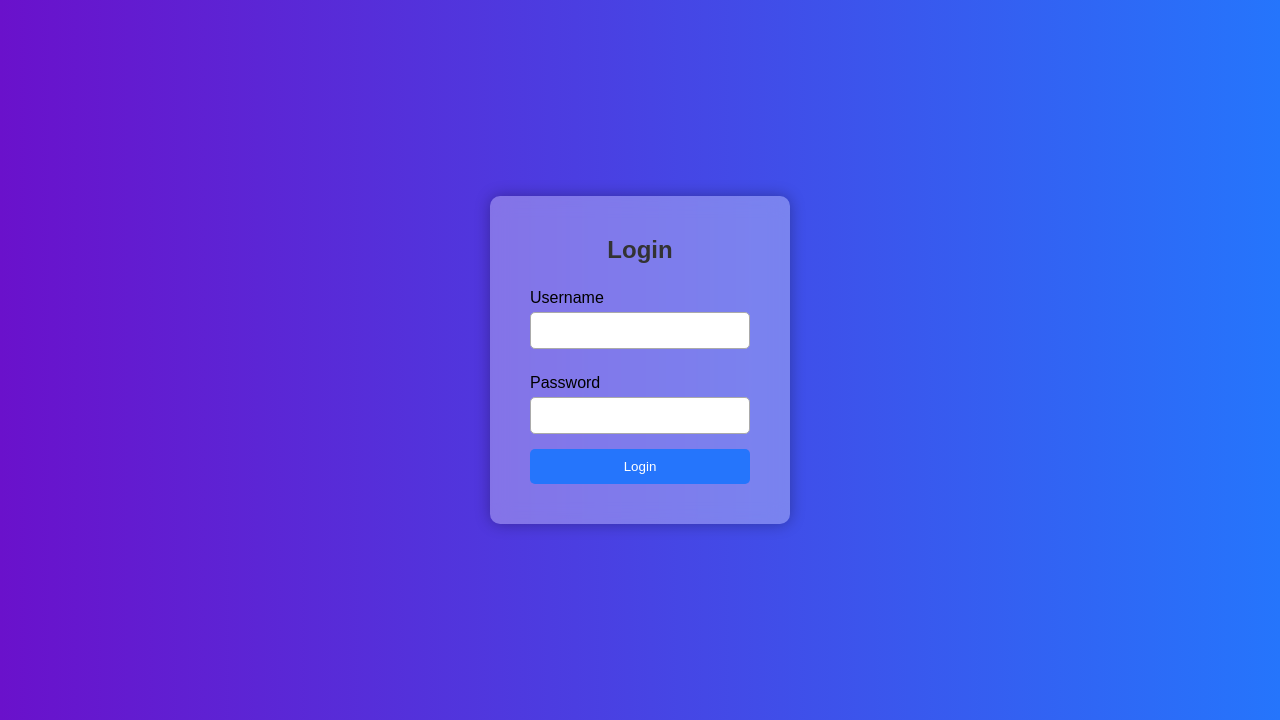
Repository: aboli-vyas/Servlet_Projects
Page: http://localhost/Sevlet_Project/Login.html
The author's editor kept a copy of each file at every save. The page is drawn from the files as they stood at one save, then again after the next save.
The browser window is 1280 px wide. The pictures show the whole page.
The page is served by Tomcat 9. Other server files are loaded and not shown.

Above is the page before, as saved 2025-06-07 12:16:56.

### Sevlet_Project/src/main/webapp/Login.html
<!DOCTYPE html>
<html lang="en">
<head>
  <meta charset="UTF-8">
  <title>Login Form</title>
  <link rel="stylesheet" href="style2.css">
</head>
<body>
<form action="login" method="post">
  <div class="login-container">
    <h2>Login</h2>
      <label for="username">Username</label>
      <input type="text" id="username" name="username" required>

      <label for="password">Password</label>
      <input type="password" id="password" name="password" required>

      <button type="submit">Login</button>

      <p class="error-message" id="error">Password Incorrect</p>
  </div>
    </form>
</body>
</html>

### Sevlet_Project/src/main/webapp/style2.css
* {
  box-sizing: border-box;
  margin: 0;
  padding: 0;
  font-family: Arial, sans-serif;
}

body {
  background: linear-gradient(to right, #6a11cb, #2575fc);
  height: 100vh;
  display: flex;
  justify-content: center;
  align-items: center;
}

.login-container {
  background-color: rgba(255, 255, 255, 0.3); /* semi-transparent */
  backdrop-filter: blur(10px); /* optional blur */
  padding: 40px;
  border-radius: 10px;
  width: 300px;
  box-shadow: 0 0 15px rgba(0,0,0,0.3);
}

.login-container h2 {
  text-align: center;
  margin-bottom: 25px;
  color: #333;
}

.login-container label {
  display: block;
  margin: 10px 0 5px;
  color: black;
}

.login-container input {
  width: 100%;
  padding: 10px;
  border: 1px solid #aaa;
  border-radius: 5px;
  margin-bottom: 15px;
}

.login-container button {
  width: 100%;
  padding: 10px;
  background-color: #2575fc;
  color: white;
  border: none;
  border-radius: 5px;
  cursor: pointer;
}

.login-container button:hover {
  background-color: #1a5ed9;
}

.error-message {
  color: red;
  text-align: center;
  display: none;
}

After the next save:
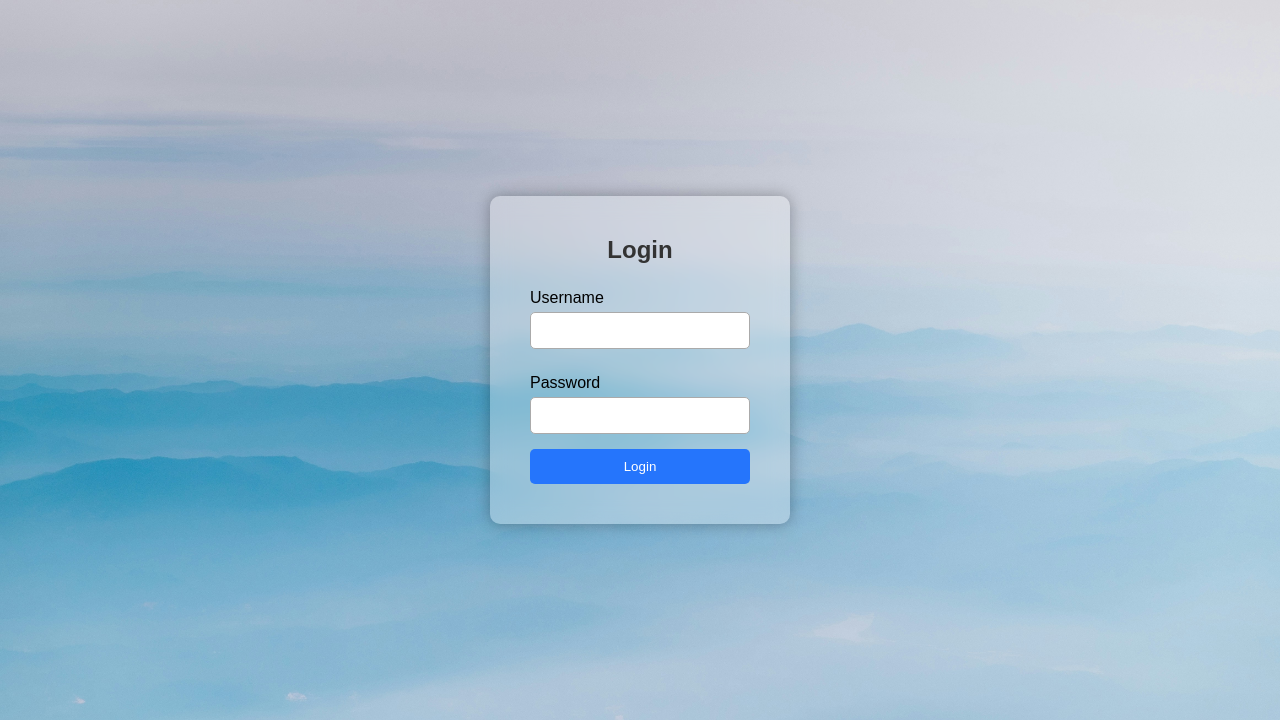
Saved 7 min 34 s later.
--- a/Sevlet_Project/src/main/webapp/style2.css
+++ b/Sevlet_Project/src/main/webapp/style2.css
@@ -11,6 +11,11 @@ body {
   display: flex;
   justify-content: center;
   align-items: center;
+  background-image: url("Images/bg.jpg");
+  background-size: cover;
+  background-position: center;
+  background-repeat: no-repeat;
+    background-attachment: fixed;
 }
 
 .login-container {
